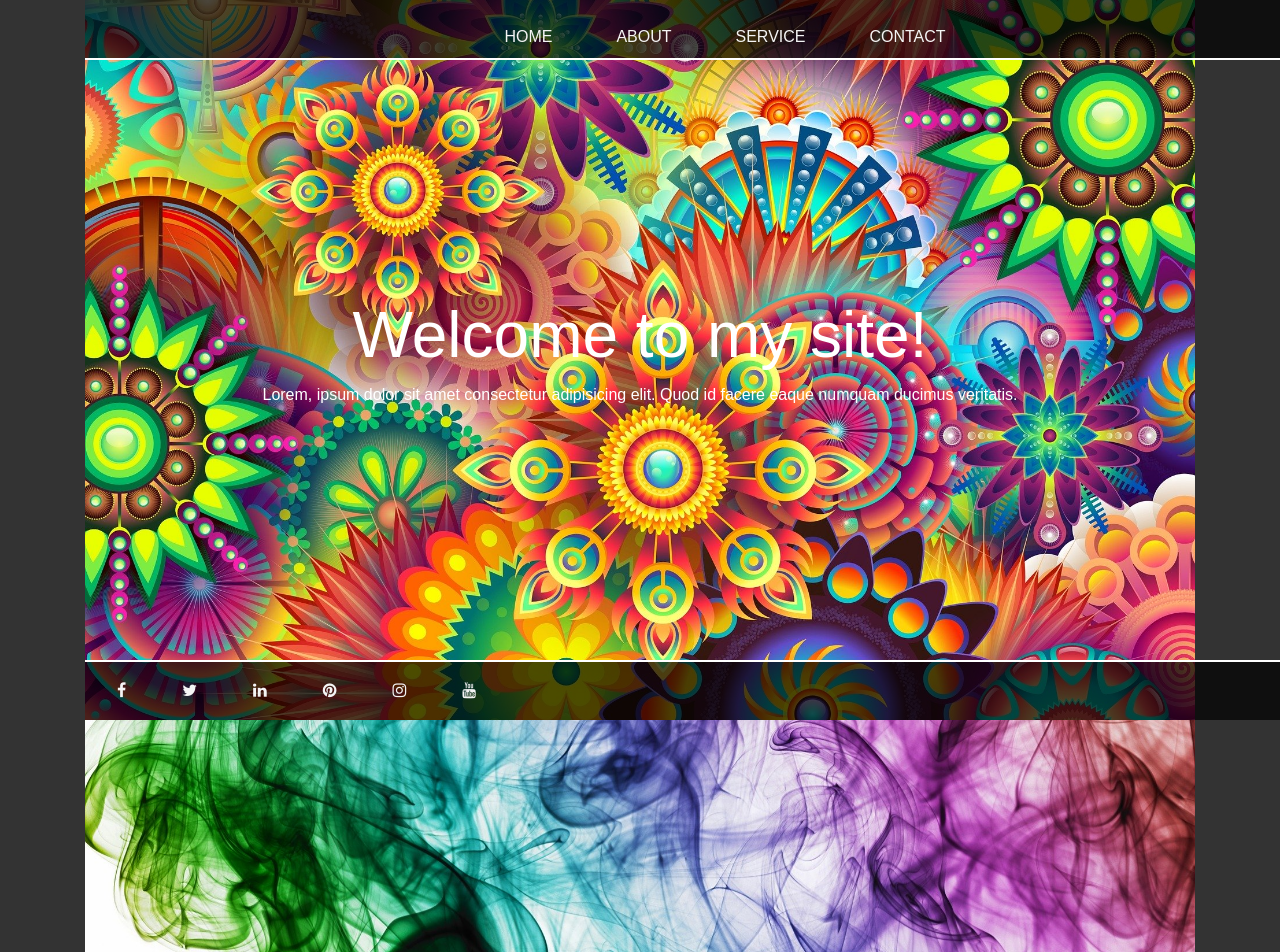
Repository: lemon-squeezy/milestone-project-1
Page: index.html
The author's editor kept a record of every edit. The page is drawn from the files as they stood at one moment, then again after the next edit.
The browser window is 1280 px wide. The pictures show the part of the page from y = 0 to 952 px (the page is 2880 px tall).
Some web libraries are served in a nearby version.

Above is the page before.

### index.html
<!DOCTYPE html>
<html lang="en">
<head>
    <meta charset="UTF-8">
    <meta name="viewport" content="width=device-width, initial-scale=1.0">
    <title>Smooth Scroll Landing Page</title>
        <link rel="stylesheet" href="https://maxcdn.bootstrapcdn.com/bootstrap/4.2.1/css/bootstrap.min.css" type="text/css" />
    <link rel="stylesheet" href="https://maxcdn.bootstrapcdn.com/font-awesome/4.7.0/css/font-awesome.min.css" type="text/css" />
    <link rel="stylesheet" href="https://cdnjs.cloudflare.com/ajax/libs/hover.css/2.1.1/css/hover-min.css" type="text/css" />
    <link rel="stylesheet" href="style.css">
</head>
<body>
    <div class="container">
        <nav class="navbar">
            <ul>
                <li><a href="#home">Home</a></li>
                <li><a href="#about">About</a></li>
                <li><a href="#service">Service</a></li>
                <li><a href="#contact">Contact</a></li>
            </ul>
        </nav>
        <section id="home">
            <h1>Welcome to my site!</h1>
            <p>Lorem, ipsum dolor sit amet consectetur adipisicing elit. Quod id facere eaque numquam ducimus veritatis.</p>
        </section>
        <section id="about">
            <h1>About!</h1>
            <p>Lorem, ipsum dolor sit amet consectetur adipisicing elit. Quod id facere eaque numquam ducimus veritatis.</p>
        </section>
        <section id="service">
            <h1>Service</h1>
            <p>Lorem, ipsum dolor sit amet consectetur adipisicing elit. Quod id facere eaque numquam ducimus veritatis.</p>
        </section>
        <section id="contact">
            <h1>Contact</h1>
            <p>Lorem, ipsum dolor sit amet consectetur adipisicing elit. Quod id facere eaque numquam ducimus veritatis.</p>
        </section>
        <footer class="footer">
            <div class="footerbar">
            <ul class="list-inline social-links">
                    <li class="list-inline-item">
                        <a target="_blank" href="#">
                            <i class="fa fa-facebook" aria-hidden="true"></i>
                            <span class="sr-only">Facebook</span>
                        </a>
                    </li>
                    <li class="list-inline-item">
                        <a target="_blank" href="#">
                            <i class="fa fa-twitter" aria-hidden="true"></i>
                            <span class="sr-only">Twitter</span>
                        </a>
                    </li>
                    <li class="list-inline-item">
                        <a target="_blank" href="#">
                            <i class="fa fa-linkedin" aria-hidden="true"></i>
                            <span class="sr-only">LinkedIn</span>
                        </a>
                    </li>
                    <li class="list-inline-item">
                        <a target="_blank" href="#">
                            <i class="fa fa-pinterest" aria-hidden="true"></i>
                            <span class="sr-only">Pinterest</span>
                        </a>
                    </li>
                    <li class="list-inline-item">
                        <a target="_blank" href="#">
                            <i class="fa fa-instagram" aria-hidden="true"></i>
                            <span class="sr-only">Instagram</span>
                        </a>
                    </li>
                    <li class="list-inline-item">
                        <a target="_blank" href="#">
                            <i class="fa fa-youtube" aria-hidden="true"></i>
                            <span class="sr-only">YouTube</span>
                        </a>
                    </li>
                </ul>
        </nav>
        </footer>
    </div>

</body>
</html>

### style.css
* {
    margin: 0;
    padding: 0;
  }

  body {
    font-family: Arial, Helvetica, sans-serif;
    background: #333;
    color: #fff;
    height: 100vh;
    line-height: 1.6;
    overflow: hidden;
    margin: 0;
  }

  .container-fluid {
    width: 100%;
    height: 100%;
    /* CSS Smooth Scroll */
    overflow-y: scroll;
    scroll-behavior: smooth;
    scroll-snap-type: y mandatory;
    margin: 0;
    padding: 0;
  }

  .lead {
    font-size: 1.5rem;
  }
  .navbar {
    position: fixed;
    top: 0;
    z-index: 1;
    display: flex;
    width: 100%;
    height: 60px;
    background: rgba(0,0,0,0.7);
    border-bottom: 2px solid #FFF;
  }
  .navbar-brand {
    top: 0;
    left:0;
    position: relative;
    background: url(images/Logo.jpg);
    width: 47px;
    background-size: contain;
    background-repeat: no-repeat;
    border-radius: 5px;
}

  .navbar ul {
    display: flex;
    list-style: none;
    width: 100%;
    justify-content: center;
  }

  .navbar ul li {
    margin: 0 1rem;
    padding: 1rem;
  }

  .navbar ul li a {
    text-decoration: none;
    text-transform: uppercase;
    color: #f4f4f4;
  }

  .navbar ul li a:hover {
    color: skyblue;
  }

  section {
    display: flex;
    flex-direction: column;
    align-items: center;
    justify-content: center;
    text-align: center;
    width: 100%;
    height: 100vh;

    /* Scroll Snap */
    scroll-snap-align: center;
  }

  section h1 {
    font-size: 4rem;
  }

  /* Section Images */
  section#home {
    background: url('images/psychedelic.jpg') no-repeat center center/cover;;
  }

  section#about {
    background: url('images/colour-bg1.jpg') no-repeat center center/cover;;
  }

  section#service {
    background: url('images/colour-bg2.jpg') no-repeat center center/cover;;
  }

  section#contact {
    background: url('https://source.unsplash.com/2aAHlfDOhJM/1600x900') no-repeat center center/cover;;
  }

  footer {
    position: fixed;
    bottom: 0;
    z-index: 1;
    display: flex;
    width: 100%;
    height: 60px;
    background: rgba(0,0,0,0.7);
    border-top: 2px solid #FFF;
  }

    .footerbar ul {
    display: flex;
    list-style: none;
    width: 100%;
  }

  .footerbar ul li {
    margin: 0 1rem;
    padding: 1rem;
  }

  .footerbar ul li a {
    text-decoration: none;
    text-transform: uppercase;
    color: #f4f4f4;
  }

  .footerbar ul li a:hover {
    color: skyblue;
  }

After the next edit:
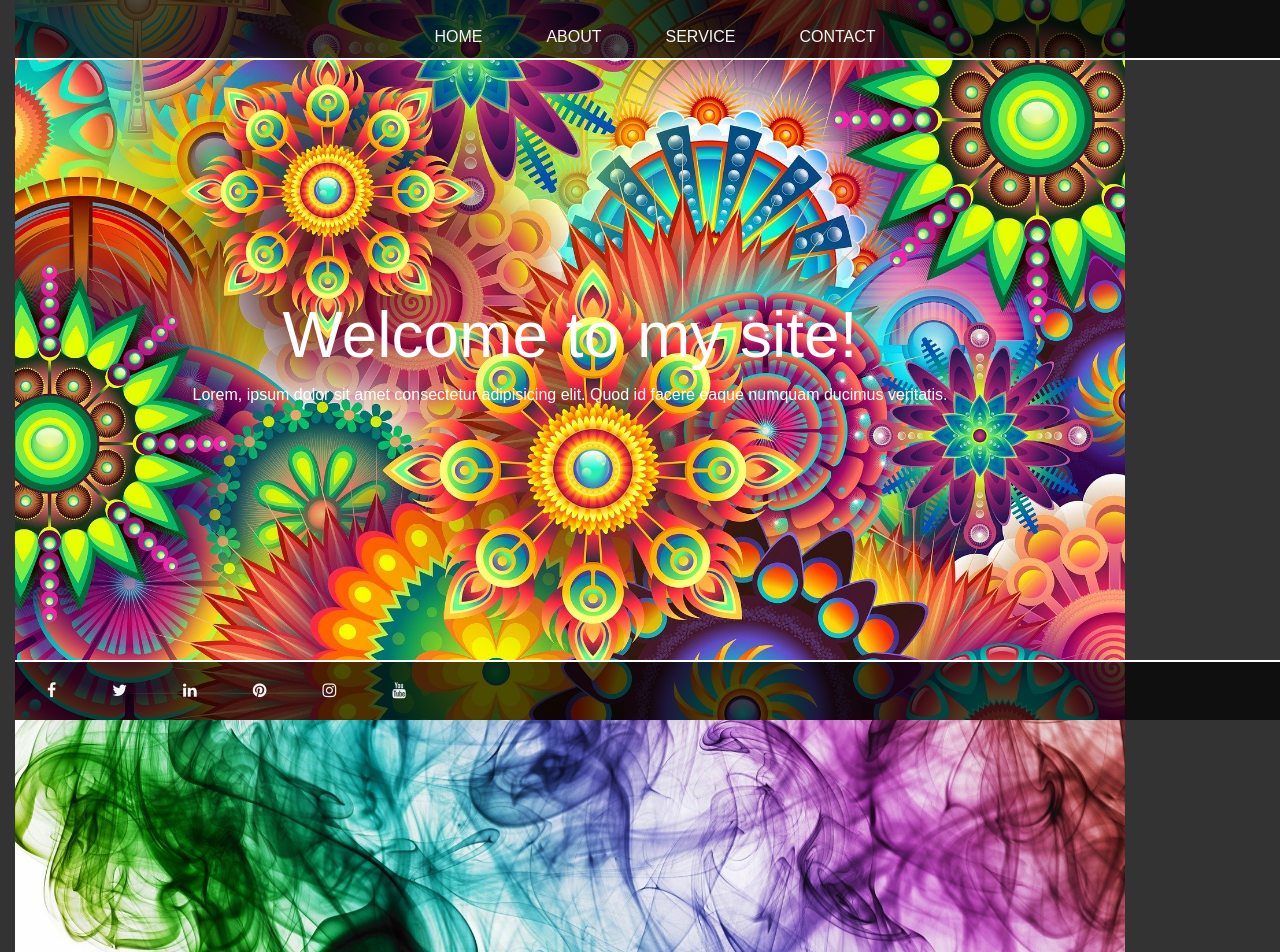
The edit:
--- a/index.html
+++ b/index.html
@@ -10,7 +10,7 @@
     <link rel="stylesheet" href="style.css">
 </head>
 <body>
-    <div class="container">
+    <div class="row container no-gutters">
         <nav class="navbar">
             <ul>
                 <li><a href="#home">Home</a></li>
